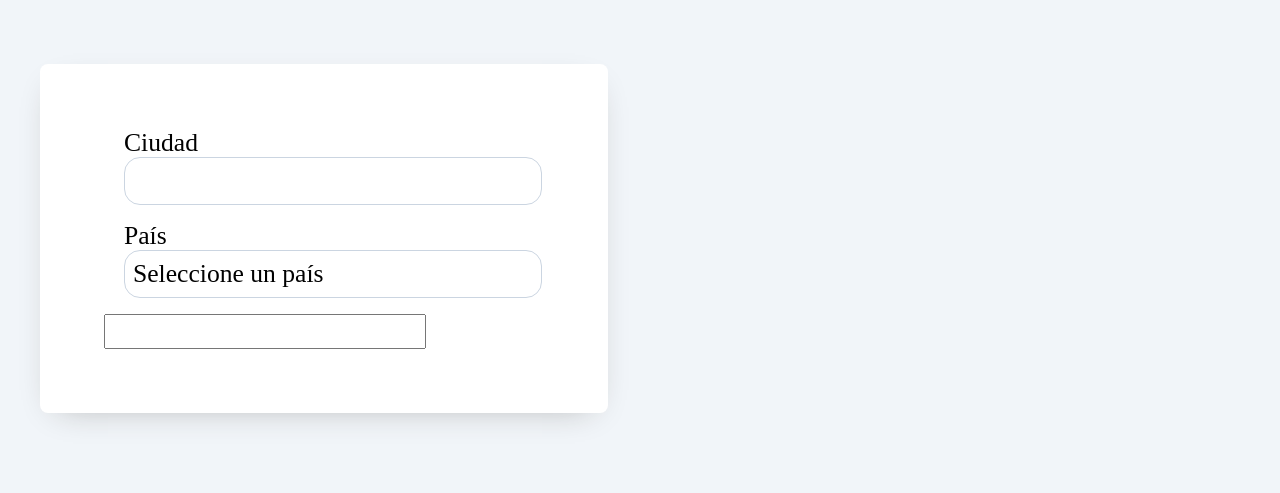
Repository: CarlosCamposRodriguez99/climaApp
Page: /
These files come from the project's save history. The page is drawn as it stood at one moment and after the next save; the edit follows.
The browser window is 1280 px wide. The pictures show the whole page.
Some web fonts or font styles are not loaded; a fallback is used. The project was rebuilt for these pictures with package versions that can differ from the ones it lists, and the page was loaded fresh each time. Also part of the build but not shown: vite.config.js.

Above is the page before, as saved 2022-03-15 19:10:01.

### index.html
<!DOCTYPE html>
<html lang="en">
  <head>
    <meta charset="UTF-8" />
    <link rel="icon" type="image/svg+xml" href="/src/favicon.svg" />
    <meta name="viewport" content="width=device-width, initial-scale=1.0" />
    <title>Clima App - Context</title>
    <link rel="stylesheet" href="https://cdnjs.cloudflare.com/ajax/libs/modern-normalize/1.1.0/modern-normalize.min.css">
    <link rel="preconnect" href="https://fonts.googleapis.com">
    <link rel="preconnect" href="https://fonts.gstatic.com" crossorigin>
    <link href="https://fonts.googleapis.com/css2?family=Hubballi&family=Inter:wght@900&display=swap" rel="stylesheet">

  </head>
  <body>
    <div id="root"></div>
    <script type="module" src="/src/main.jsx"></script>
  </body>
</html>

### src/index.css
body {
  font-family: 'Hubballi', cursive;
  background-color: #f1f5f9;
  font-size: 1.6rem;
}
header {
  background-color: #0ea5e9;
  padding: 1.5rem;
  border-bottom: 1rem solid #0284c7;
}
header h1 {
  text-align: center;
  color: white;
  font-family: 'Inter', sans-serif;
  font-size: 3rem;
  margin:0;
}
.dos-columnas {
  display: grid;
  gap: 4rem;
}
@media (min-width: 768px) {
  .dos-columnas {
    grid-template-columns: repeat(2, 1fr);
  }
}
main {
  margin: 4rem auto;
  max-width: 1200px;
}
.contenedor {
  margin: 0 auto 2rem auto;
  border-radius: .5rem;
  background-color: white;
  padding: 4rem;
  -webkit-box-shadow: 0px 10px 33px -17px rgba(173,173,173,1);
  -moz-box-shadow: 0px 10px 33px -17px rgba(173,173,173,1);
  box-shadow: 0px 10px 33px -17px rgba(173,173,173,1);
  width: 100%;
}
form {
  width: 100%;
}
.campo {
  max-width: 400px;
  margin: 0 auto 1rem auto;
}
.campo label {
  display: block;

}
.campo input,
.campo select {
  all: unset;
  border: 1px solid #cbd5e1;
  width: 100%;
  border-radius: 1rem;
  padding: .5rem;
}

input[type="submit"] {
  background-color: #0ea5e9;
  margin: 2rem auto 0 auto;
  display: block;
  padding: 1rem 3rem;
  color: white;
  text-transform: uppercase;
  font-family: 'Inter', sans-serif;
  font-size: 1rem;
  border: none;
  width: 100%;
  transition: background-color .3s ease;
}
@media (min-width: 768px) {
  input[type="submit"]  {
    max-width: 400px;
  }
}
input[type="submit"]:hover {
  background-color: #0369a1;
}


.loading {
  display: flex;
  justify-content: center;
  align-items: center;
  width: 100%;
}

.sk-chase {
  width: 40px;
  height: 40px;
  position: relative;
  animation: sk-chase 2.5s infinite linear both;

}

.sk-chase-dot {
  width: 100%;
  height: 100%;
  position: absolute;
  left: 0;
  top: 0;
  animation: sk-chase-dot 2.0s infinite ease-in-out both;
}

.sk-chase-dot:before {
  content: '';
  display: block;
  width: 25%;
  height: 25%;
  background-color: #0ea5e9;
  border-radius: 100%;
  animation: sk-chase-dot-before 2.0s infinite ease-in-out both;
}

.sk-chase-dot:nth-child(1) { animation-delay: -1.1s; }
.sk-chase-dot:nth-child(2) { animation-delay: -1.0s; }
.sk-chase-dot:nth-child(3) { animation-delay: -0.9s; }
.sk-chase-dot:nth-child(4) { animation-delay: -0.8s; }
.sk-chase-dot:nth-child(5) { animation-delay: -0.7s; }
.sk-chase-dot:nth-child(6) { animation-delay: -0.6s; }
.sk-chase-dot:nth-child(1):before { animation-delay: -1.1s; }
.sk-chase-dot:nth-child(2):before { animation-delay: -1.0s; }
.sk-chase-dot:nth-child(3):before { animation-delay: -0.9s; }
.sk-chase-dot:nth-child(4):before { animation-delay: -0.8s; }
.sk-chase-dot:nth-child(5):before { animation-delay: -0.7s; }
.sk-chase-dot:nth-child(6):before { animation-delay: -0.6s; }

@keyframes sk-chase {
  100% { transform: rotate(360deg); }
}

@keyframes sk-chase-dot {
  80%, 100% { transform: rotate(360deg); }
}

@keyframes sk-chase-dot-before {
  50% {
    transform: scale(0.4);
  } 100%, 0% {
    transform: scale(1.0);
  }
}

### src/App.jsx
import AppClima from "./components/AppClima";

function App() {

  return (
    <AppClima />
  )
}

export default App

### src/components/AppClima.jsx
import React from 'react'
import Formulario from './Formulario'

const AppClima = () => {
  return (
    <>
        <main className="dos-columnas">
          <Formulario />
        </main>
    </>
  )
}

export default AppClima

### src/components/Formulario.jsx


const Formulario = () => {
  return (
    <div className="contenedor">
      <form>
        <div className="campo">
          <label htmlFor="ciudad">Ciudad</label>
          <input
            type="text"
            id="ciudad"
            name="ciudad"
          />
        </div>
        <div className="campo">
          <label htmlFor="pais">País</label>
          <select
            id="pais"
            name="pais"
          >
            <option value=""> Seleccione un país </option>
            <option value="US">Estados Unidos</option>
            <option value="MX">México</option>
            <option value="AR">Argentina</option>
            <option value="CO">Colombia</option>
            <option value="CR">Costa Rica</option>
            <option value="ES">España</option>
            <option value="PE">Perú</option>
          </select>
        </div>

        <input
          type
        />
      </form>
    </div>
  )
}

export default Formulario

Loaded but not shown: src/main.jsx (common file)

After the next save:
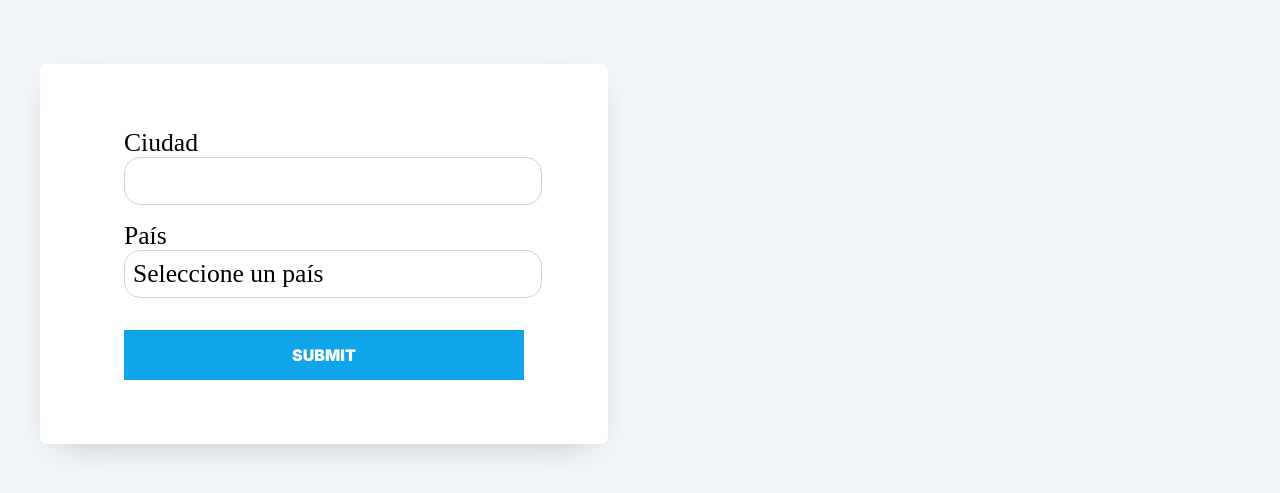
Saved 4 s later.
--- a/src/components/Formulario.jsx
+++ b/src/components/Formulario.jsx
@@ -30,7 +30,7 @@ const Formulario = () => {
         </div>
 
         <input
-          type
+          type="submit"
         />
       </form>
     </div>
